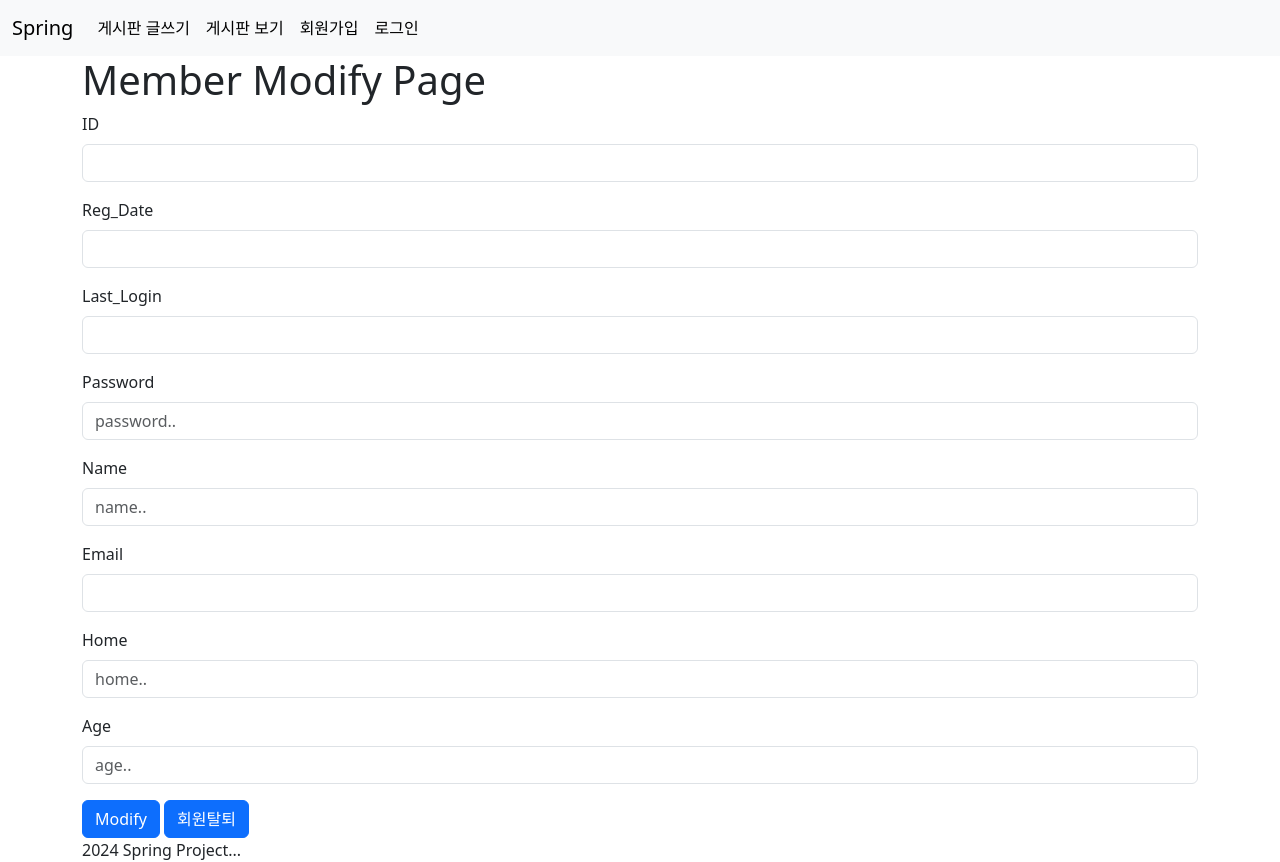
Repository: dlfhrrl12/springtest
Page: http://localhost/spring_study/WEB-INF/views/member/modify.jsp
An editor plug-in stored every save of this project. The page is shown before and after the next save, followed by the edit.
The browser window is 1280 px wide. The pictures show the whole page.
The page is served by Tomcat 9. Nobody is signed in. The template is opened directly, without the code that normally fills it, so the values that code supplies are empty.

Above is the page before, as saved 2024-04-25 09:10:06.

### spring_study/src/main/webapp/WEB-INF/views/member/modify.jsp
<%@ page language="java" contentType="text/html; charset=UTF-8"
    pageEncoding="UTF-8"%>
<jsp:include page="../layout/header.jsp"/>
	<div class="container-md">
	<h1>Member Modify Page</h1>
	<form action="/member/modify" method="post">
			<div class="mb-3">
		  		<label for="i" class="form-label">ID</label>
		  		<input type="text" class="form-control" name="id" id="i" value="${ses.id }" readonly="readonly">
			</div>
			<div class="mb-3">
		  		<label for="ir" class="form-label">Reg_Date</label>
		  		<input type="text" class="form-control" name="reg_date" id="i" value="${ses.reg_date }" readonly="readonly">
			</div>
			<div class="mb-3">
		  		<label for="i" class="form-label">Last_Login</label>
		  		<input type="text" class="form-control" name="last_login" id="l" value="${ses.last_login }" readonly="readonly">
			</div>
			<div class="mb-3">
		  		<label for="p" class="form-label">Password</label>
		  		<input type="password" class="form-control" name="pw" id="p" placeholder="password..">
			</div>
			<div class="mb-3">
		  		<label for="n" class="form-label">Name</label>
		  		<input type="text" class="form-control" name="name" id="n" value="${ses.name }" placeholder="name..">
			</div>
			<div class="mb-3">
		  		<label for="e" class="form-label">Email</label>
		  		<input type="email" class="form-control" name="email" id="e" value="${ses.email }" readonly="readonly">
			</div>
			<div class="mb-3">
		  		<label for="h" class="form-label">Home</label>
		  		<input type="text" class="form-control" name="home" id="h" value="${ses.home }" placeholder="home..">
			</div>
			<div class="mb-3">
		  		<label for="a" class="form-label">Age</label>
		  		<input type="text" class="form-control" name="age" id="a" value="${ses.age }" placeholder="age..">
			</div>

			<button type="submit" class="btn btn-primary">Modify</button>
			<a href="/member/delete"><button type="button" class="btn btn-primary">회원탈퇴</button></a>
		</form>

	</div>

<jsp:include page="../layout/footer.jsp" />

### spring_study/src/main/webapp/WEB-INF/views/layout/header.jsp
<%@ page language="java" contentType="text/html; charset=UTF-8"
    pageEncoding="UTF-8"%>
    <%@ taglib uri="http://java.sun.com/jsp/jstl/core"  prefix="c"%>
<!DOCTYPE html>
<html>
<head>
<meta charset="UTF-8">
<title>header.jsp</title>
<link href="https://cdn.jsdelivr.net/npm/bootstrap@5.3.3/dist/css/bootstrap.min.css" rel="stylesheet" integrity="sha384-QWTKZyjpPEjISv5WaRU9OFeRpok6YctnYmDr5pNlyT2bRjXh0JMhjY6hW+ALEwIH" crossorigin="anonymous">
<script src="https://cdn.jsdelivr.net/npm/bootstrap@5.3.3/dist/js/bootstrap.bundle.min.js" integrity="sha384-YvpcrYf0tY3lHB60NNkmXc5s9fDVZLESaAA55NDzOxhy9GkcIdslK1eN7N6jIeHz" crossorigin="anonymous"></script>
</head>
<body>
<nav class="navbar navbar-expand-lg bg-body-tertiary">
  <div class="container-fluid">
    <a class="navbar-brand" href="#">Spring</a>
    <button class="navbar-toggler" type="button" data-bs-toggle="collapse" data-bs-target="#navbarSupportedContent" aria-controls="navbarSupportedContent" aria-expanded="false" aria-label="Toggle navigation">
      <span class="navbar-toggler-icon"></span>
    </button>
    <div class="collapse navbar-collapse" id="navbarSupportedContent">
      <ul class="navbar-nav me-auto mb-2 mb-lg-0">
        <li class="nav-item">
          <a class="nav-link active"  href="/board/register">게시판 글쓰기</a>
        </li>
        <li class="nav-item">
          <a class="nav-link active"  href="/board/list">게시판 보기</a>
        </li>
        <li class="nav-item">
          <a class="nav-link active"  href="/member/register">회원가입</a>
        </li>
        <c:if test="${ses.id eq null }">
        <li class="nav-item">
          <a class="nav-link active"  href="/member/login">로그인</a>
        </li>
        </c:if>
        <c:if test="${ses.id ne null }">
        <li class="nav-item">
          <a class="nav-link active"  href="/member/logout">로그아웃</a>
        </li>
        <li class="nav-item">
          <a class="nav-link active"  href="/member/modify">${ses.id }(${ses.email })welcome!!</a>
        </li>
        </c:if>
        </ul>
    </div>
  </div>
</nav>

### spring_study/src/main/webapp/WEB-INF/views/layout/footer.jsp
<%@ page language="java" contentType="text/html; charset=UTF-8"
    pageEncoding="UTF-8"%>



<div class="container-md">
	2024 Spring Project...
</div>

</body>
</html>

After the next save:
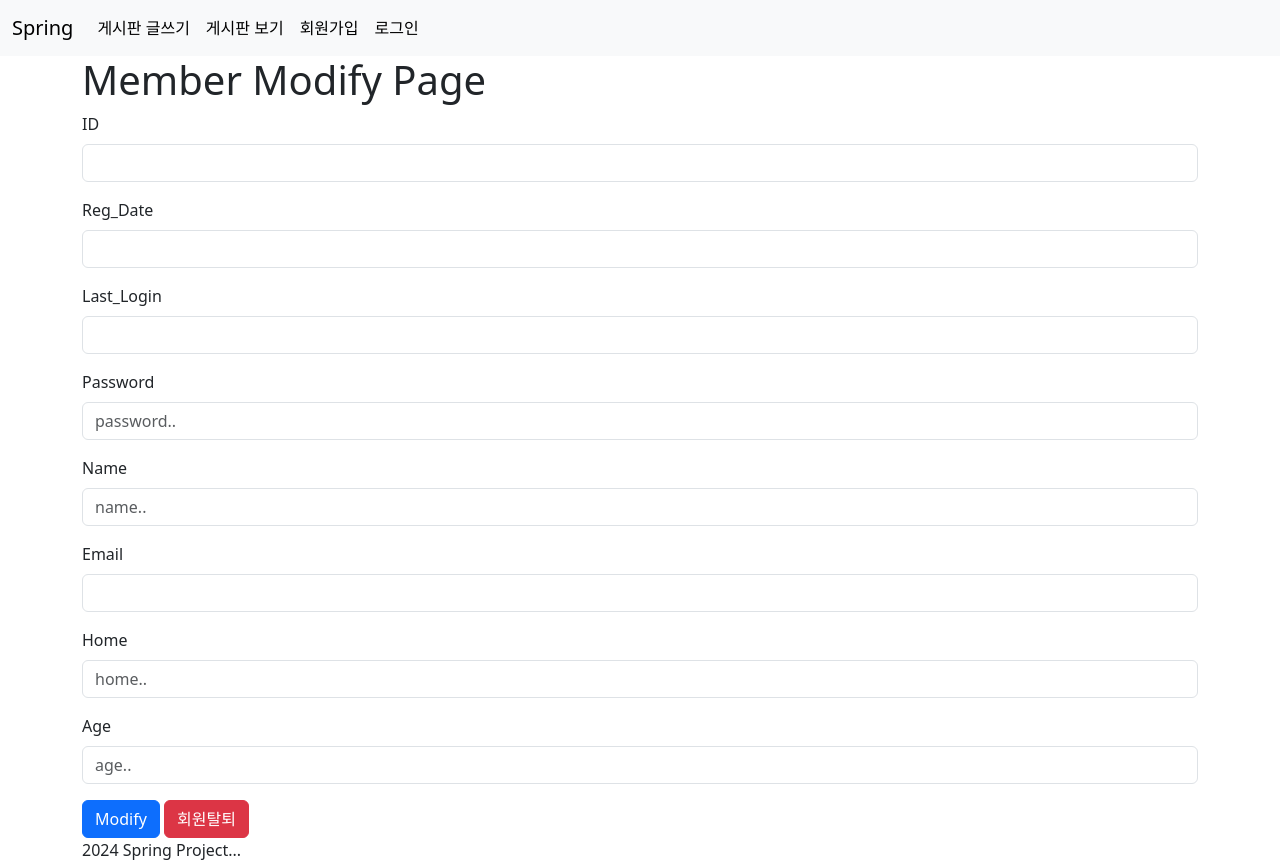
Saved 18 s later.
--- a/spring_study/src/main/webapp/WEB-INF/views/member/modify.jsp
+++ b/spring_study/src/main/webapp/WEB-INF/views/member/modify.jsp
@@ -38,7 +38,7 @@
 			</div>
 
 			<button type="submit" class="btn btn-primary">Modify</button>
-			<a href="/member/delete"><button type="button" class="btn btn-primary">회원탈퇴</button></a>
+			<a href="/member/delete"><button type="button" class="btn btn-danger">회원탈퇴</button></a>
 		</form>
 
 	</div>
